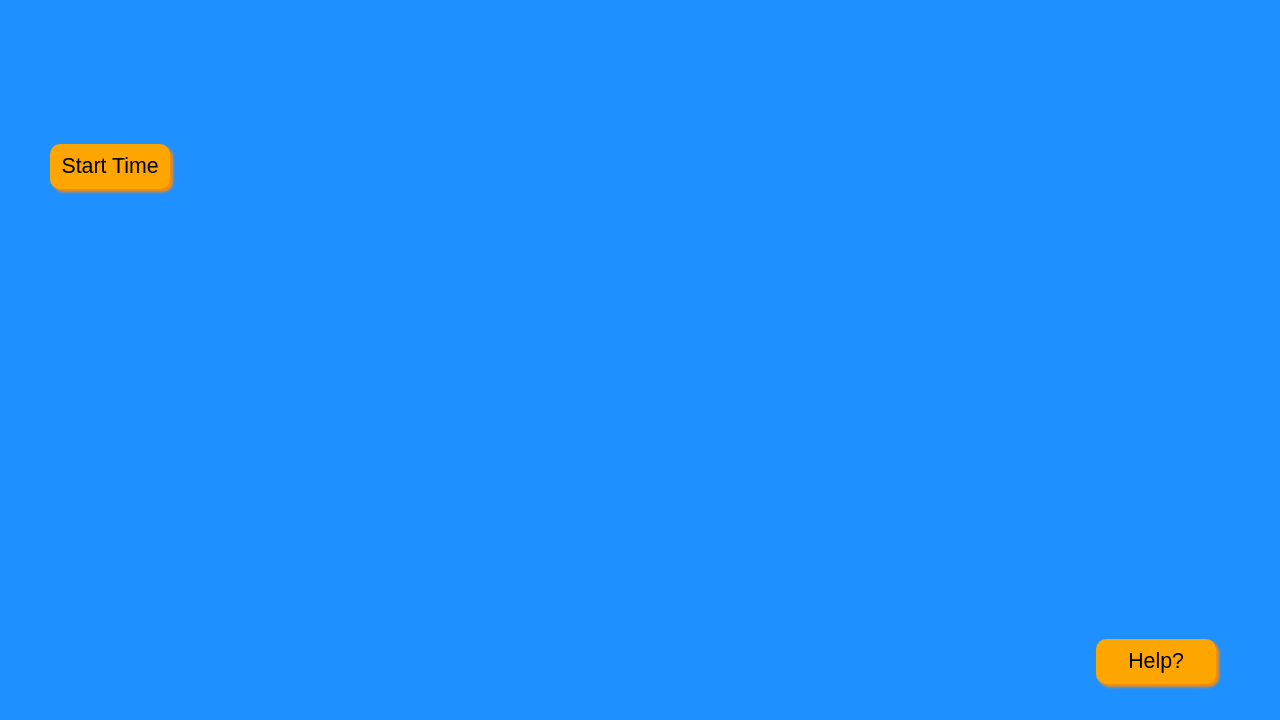
Repository: sylviaah/dynamicmidterm
Page: index.html
An editor plug-in stored every save of this project. The page is shown before and after the next save, followed by the edit.
The browser window is 1280 px wide. The pictures show the whole page.

Above is the page before, as saved 2020-03-13 10:59:04.

### index.html
<!DOCTYPE html>
<html>
    <head>
        <title>Kid's Court</title>
        <link rel="stylesheet" href="app.css">
        <!-- timer -->
        <link rel="stylesheet" href="timer.css">
        <!-- instructions -->
        <link rel="stylesheet" href="instructions.css">
        <link href="https://fonts.googleapis.com/icon?family=Material+Icons" rel="stylesheet">
    </head>

    <body>
        <div class="background"></div>

        <!-- Timer Start -->
        <div class="timer"><div class="innerTimer"></div></div>
        <div class="startTime" onclick="start()">Start Time</div>
        <!-- Timer End -->

        <!-- Instructions start -->
        <div class="open" onclick="instructionsToggle()">Help?</div>

        <div class="instructions_overlay">
            <div class="instructions_modal">
                <i class="material-icons close" onclick="instructionsToggle()">cancel</i>
                <h1>Instructions</h1>
                <div class="instructions_slider">
                    <i class="material-icons arrow_left" onclick="previous()">play_circle_filled</i>
                    <div class="image_div">
                        <img class="instructions_image" src="imgs/img1.jpg" alt="">
                    </div>
                    <div><i class="material-icons arrow_right" onclick="next()">play_circle_filled</i></div>
                </div>
                <p class="instructions_text">1. Click on the Start button to start reading through the comic.</p>
                <div class="instructions_button" onclick="instructionsToggle()">OK, got it!</div>
            </div>
        </div>
        <!-- Instructions end -->
        <script src="app.js"></script>

        <script src="timer.js"></script>
        <script src="instructions.js"></script>
    </body>
</html>

### app.css
body,html {
    margin: 0;
    background-color: dodgerblue;
}

### timer.css
.timer {
    margin: 50px;
    visibility: hidden;
    width: 100px;
    height: 100px;
    border-radius: 50%;
    background: lightcoral;
    background-image:
    linear-gradient(to right, transparent 50%, darkred 0);
  }

.innerTimer {
    content: '';
    display: none;
    margin-left: 50%;
    height: 100%;
    border-radius: 0 100% 100% 0 / 50%;
    background-color: lightcoral;
    transform-origin: left;
    transform: rotate(0deg);
    animation: spin 5s linear infinite,
                bg 10s step-end infinite;
}

@keyframes spin {
    to { transform: rotate(.5turn); }
  }

@keyframes bg {
    50% { background: darkred; }
}

.startTime{
    display: flex;
    position: fixed;
    top: 20%;
    left: 50px;
    width: 100px;
    justify-content: center;
    border-radius: 10px;
    padding: 10px 10px;
    background-color:orange;
    font-size: 16pt;
    font-family: Arial, Helvetica, sans-serif;
    box-shadow: 3px 3px 3px darkorange;
}

### instructions.css
/* body,html {
    margin: 0;
    background-color: dodgerblue;
} */

.open{
    display: flex;
    position: fixed;
    bottom: 5%;
    right: 5%;
    width: 100px;
    justify-content: center;
    border-radius: 10px;
    padding: 10px 10px;
    background-color:orange;
    font-size: 16pt;
    font-family: Arial, Helvetica, sans-serif;
    box-shadow: 3px 3px 3px darkorange;
}

.instructions_overlay{
    display: none;
    position: fixed;
    top: 0;
    width: 100vw;
    height: 100vh;
    background-color:rgb(255, 255, 255, 0.25);
    justify-content: center;
    align-items: center;
}

.instructions_modal{
    width: 50%;
    height: 70%;
    background-color: white;
    border-radius: 20px;
    padding: 25px;
    display: flex;
    flex-direction: column;
    justify-content: space-between;
    align-items: center;
}
.material-icons.close{
    position: fixed;
    top:14%;
    right: 24.5%;
    color:lightgray;
    font-size: 48px;
}

.instructions_modal h1{
    font-size: 32pt;
    font-family: Arial, Helvetica, sans-serif;
}

.instructions_slider{
    width: 100%;
    display: flex;
    justify-content: space-around;
    align-items: center;
}

.image_div{
    width:400px;
    height: 300px;
    overflow: hidden;
}

.image_div img{
    object-fit: cover;
    height: 100%;
}

.material-icons.arrow_left {
    visibility: hidden;
    transform: rotate(180deg);
    font-size: 60px;
    color: orange;
}

.material-icons.arrow_right {
    visibility: visible;
    color: orange;
    font-size: 60px;
}

.instructions_text{
    margin: 0 100px;
    font-size: 16pt;
    font-family: Arial, Helvetica, sans-serif;
    text-align: center;
}

.instructions_button{
    visibility: hidden;
    border-radius: 5px;
    padding: 10px 50px;
    background-color: rgb(10, 132, 255);
    color: white;
    font-size: 16pt;
    font-family: Arial, Helvetica, sans-serif;
}

### timer.js
    var timeOut;

    function start(){
        document.querySelector(".timer").style.visibility = 'visible';
        document.querySelector(".innerTimer").style.display = 'block';
        timeOut = setTimeout(function(){stop(); }, 10000);
    }

    function stop(){
        document.querySelector(".timer").style.visibility = 'hidden';
        document.querySelector(".innerTimer").style.display = 'none';
        timeOut = setTimeout(function(){alert("Out of time!"); }, 1);
    }

### instructions.js
var data = {
    toggle_state:false,
    stepNum:0,
    steps:[
        {
            image:"imgs/img1.jpg",
            text:"1. Click on the Start button to start reading through the comic.",
            arrow_left:"hidden",
            arrow_right:"visible",
            ok_button:"hidden"
        },
        {
            image:"imgs/img2.jpg",
            text:"2. Answer the question before the time runs out, if you run out of time, you can try again!",
            arrow_left:"visible",
            arrow_right:"visible",
            ok_button:"hidden"
        },
        {
            image:"imgs/img3.jpg",
            text:"3. Answer the question correctly to earn a star! Collect a star for each story and earn up to 5 stars!",
            arrow_left:"visible",
            arrow_right:"visible",
            ok_button:"hidden"
        },
        {
            image:"imgs/img4.jpg",
            text:"4. When you answer the question correctly, you can click on the 'Next Story' button!",
            arrow_left:"visible",
            arrow_right:"visible",
            ok_button:"hidden"
        },
        {
            image:"imgs/img5.jpg",
            text:"5. If you answer incorrectly, you can try again by clicking on the 'Try Again' button!",
            arrow_left:"visible",
            arrow_right:"hidden",
            ok_button:"visible"
        },

    ]
}

function next(){
    if(data.stepNum === data.stepNum){
        data.stepNum++;
        change();
    }
}

function previous(){
    if(data.stepNum === data.stepNum){
        data.stepNum--;
        change();
    }
}

function change(){
    document.querySelector(".instructions_image").src = data.steps[data.stepNum].image;
    document.querySelector(".instructions_text").innerHTML = data.steps[data.stepNum].text;
    document.querySelector(".material-icons.arrow_left").style.visibility = data.steps[data.stepNum].arrow_left;
    document.querySelector(".material-icons.arrow_right").style.visibility = data.steps[data.stepNum].arrow_right;
    document.querySelector(".instructions_button").style.visibility = data.steps[data.stepNum].ok_button;
}

function instructionsToggle(){
    if(data.toggle_state === true){
        document.querySelector(".instructions_overlay").style.display = "none";
        data.toggle_state = false;
    } else if (data.toggle_state === false){
        data.stepNum = 0;
        change();
        document.querySelector(".instructions_overlay").style.display = "flex";
        data.toggle_state = true;
    }
}

Loaded but not shown: app.js (no copy from this time; the picture is the same without it)

After the next save:
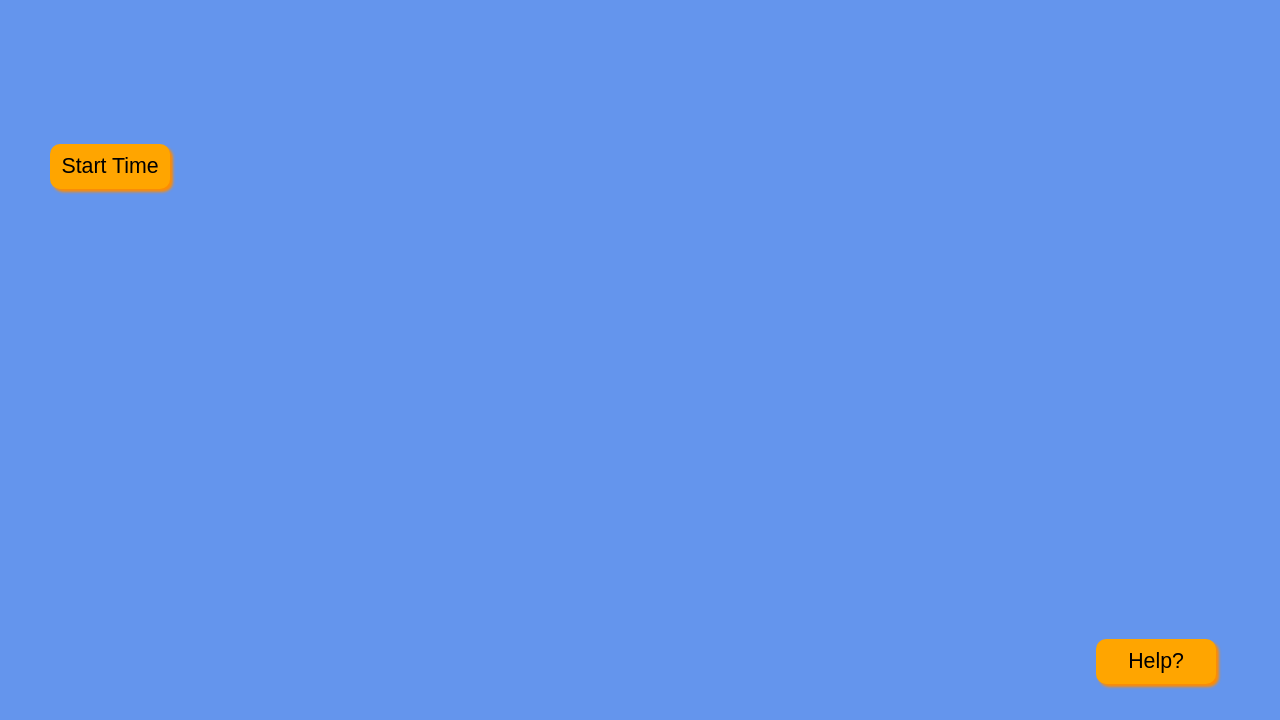
Saved 8 s later.
--- a/app.css
+++ b/app.css
@@ -1,4 +1,4 @@
 body,html {
     margin: 0;
-    background-color: dodgerblue;
+    background-color: cornflowerblue;
 }
